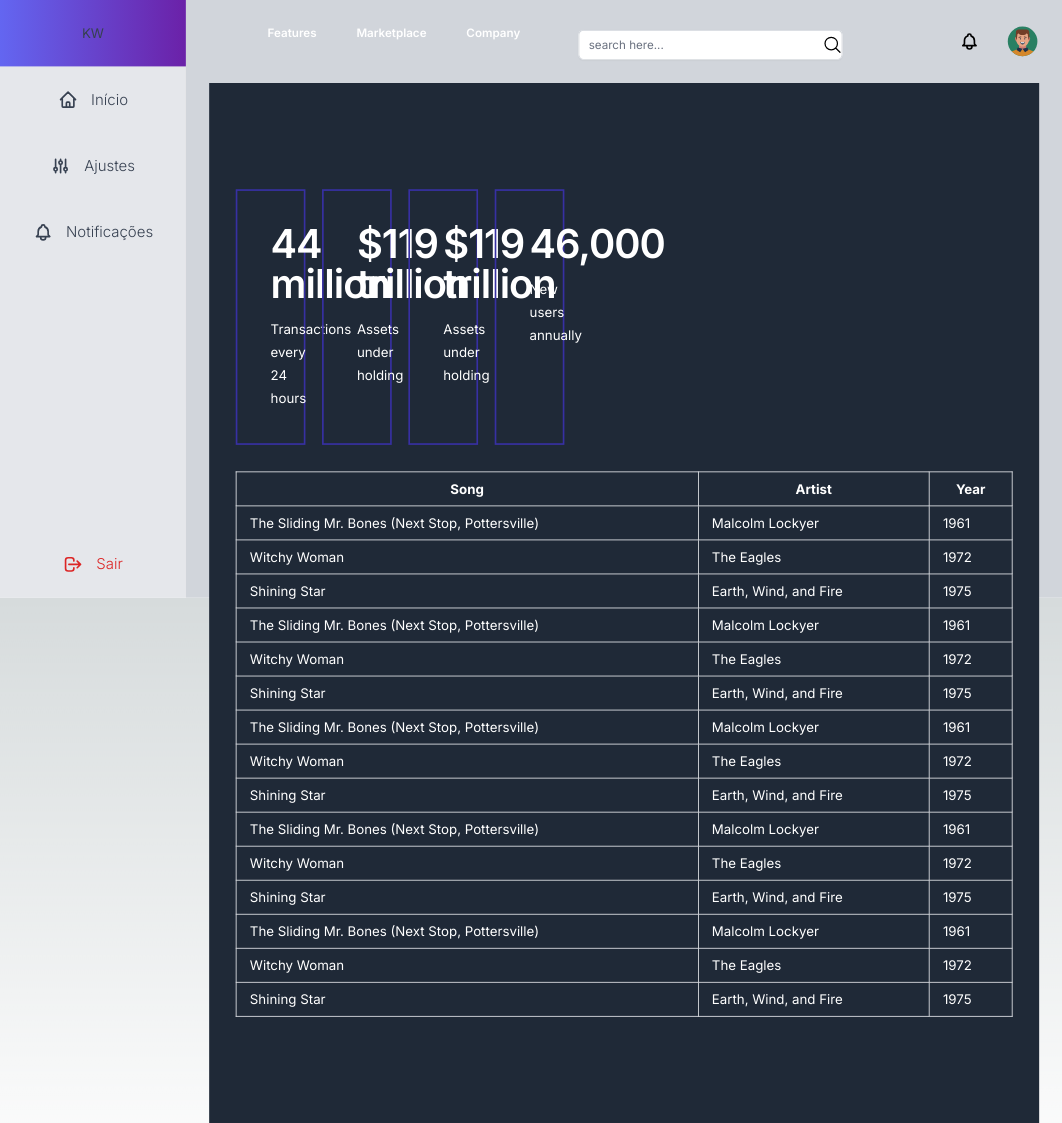
Repository: KennedyWanderson/AdminDashboard
Page: / (app in Code/admindashboard/)
The author's editor kept a copy of each file at every save. The page is drawn from the files as they stood at one save, then again after a run of saves.
The browser window is 1280 px wide. The pictures show the whole page, at 83% of full size.
The project was rebuilt for these pictures with package versions that can differ from the ones it lists, and the page was loaded fresh each time. The framework's server and built-in components were replaced by stand-ins that run in the browser. Also part of the build but not shown: Code/admindashboard/next.config.mjs.

Above is the page before, as saved 2024-06-23 16:18:13.

After the next 2 saves:
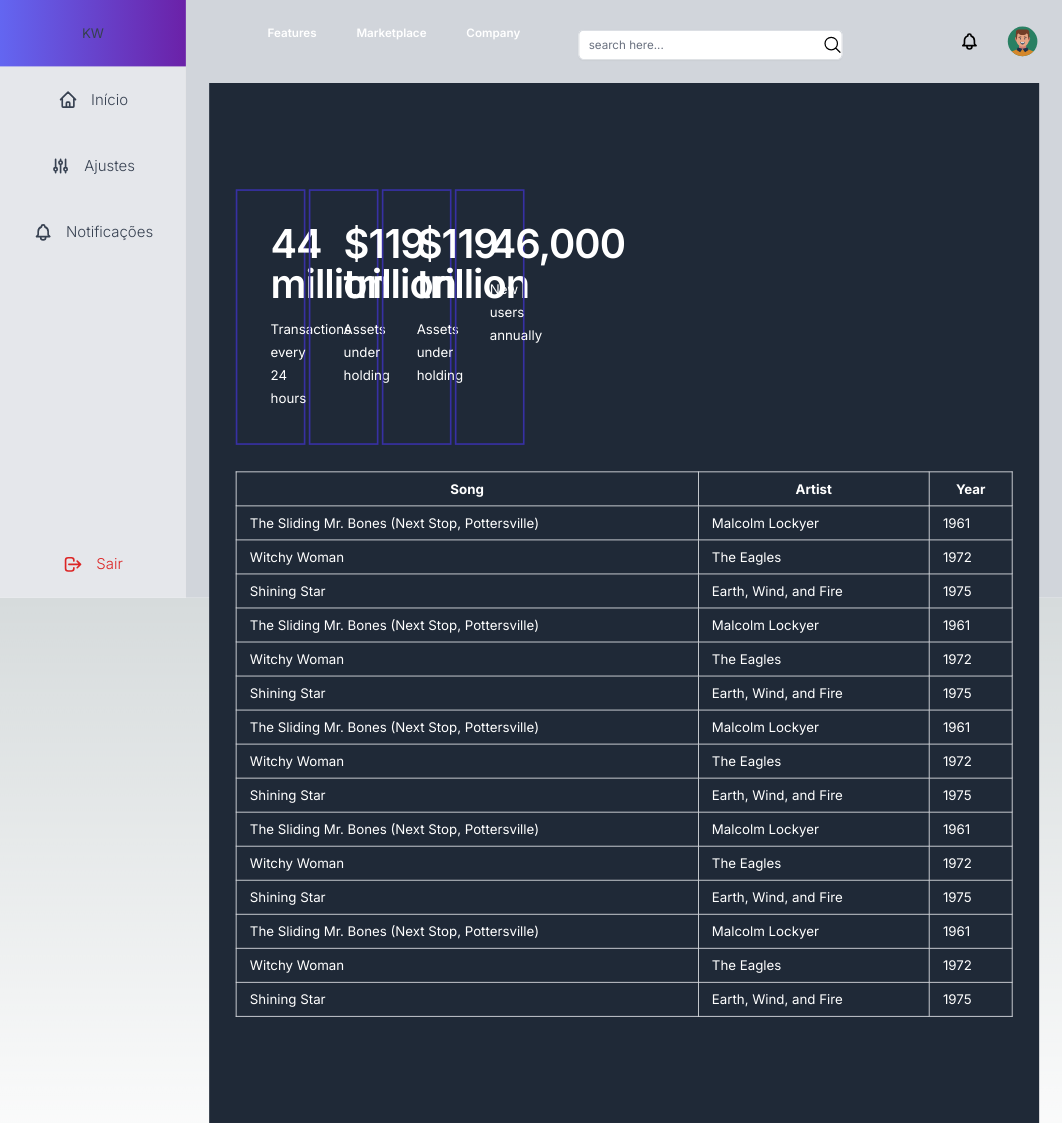
The 2 saves are shown as one change because they came seconds apart.
The last was saved 9 s later.
--- a/Code/admindashboard/src/components/Home.jsx
+++ b/Code/admindashboard/src/components/Home.jsx
@@ -2,7 +2,7 @@ export default function HomePage() {
     return (
         <div className="py-24 sm:py-32 bg-gray-800">
             <div className="mx-auto max-w-7xl px-6 lg:px-8">
-                <dl className="grid grid-cols-1 gap-x-8 gap-y-16 text-center w-96 lg:grid-cols-4">
+                <dl className="grid grid-cols-1 gap-x-8 gap-y-16 text-center w-80 lg:grid-cols-4">
                     <div className="mx-auto flex max-w-xs flex-col w-full border-2 p-10 border-indigo-800 gap-y-4">
                         <dt className="text-base leading-7 text-white">Transactions every 24 hours</dt>
                         <dd className="order-first text-3xl font-semibold tracking-tight text-white sm:text-5xl">44 million</dd>
